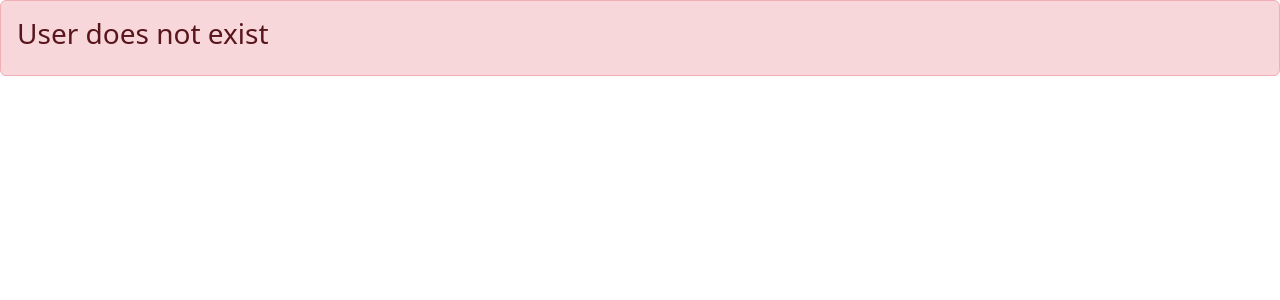
Repository: AyushMahatara/PHP-Simple-CRUD-with-JSON
Page: http://localhost/user/update.php
These files come from the project's save history. The page is drawn as it stood at one moment and after the next save; the edit follows.
The browser window is 1280 px wide. The pictures show the whole page.
The page is run by PHP 8.4 with error messages shown; the project is at /var/www/html/.

Above is the page before, as saved 2024-03-20 17:40:25.

After the next save:
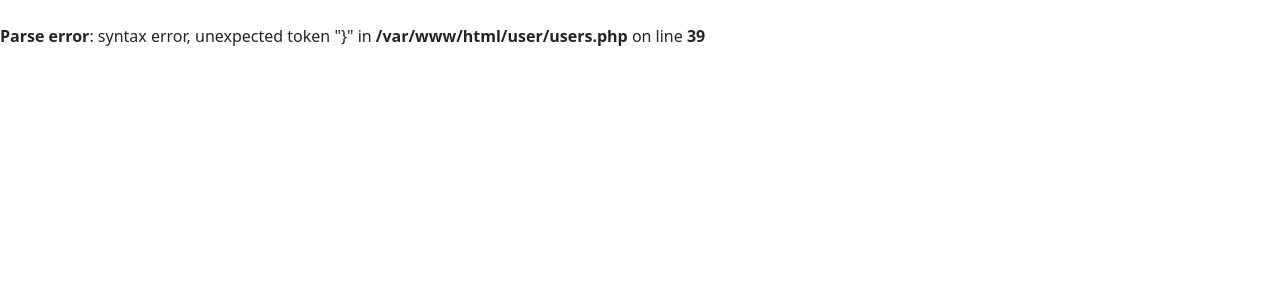
Saved 60 min 1 s later.
--- a/user/users.php
+++ b/user/users.php
@@ -35,6 +35,7 @@
             $user['i'] = array_merge($user, $data);
         }
     }
+    file_put_contents(file_get_contents('./users.json'))
 }
 
 function deleteUser($id)
